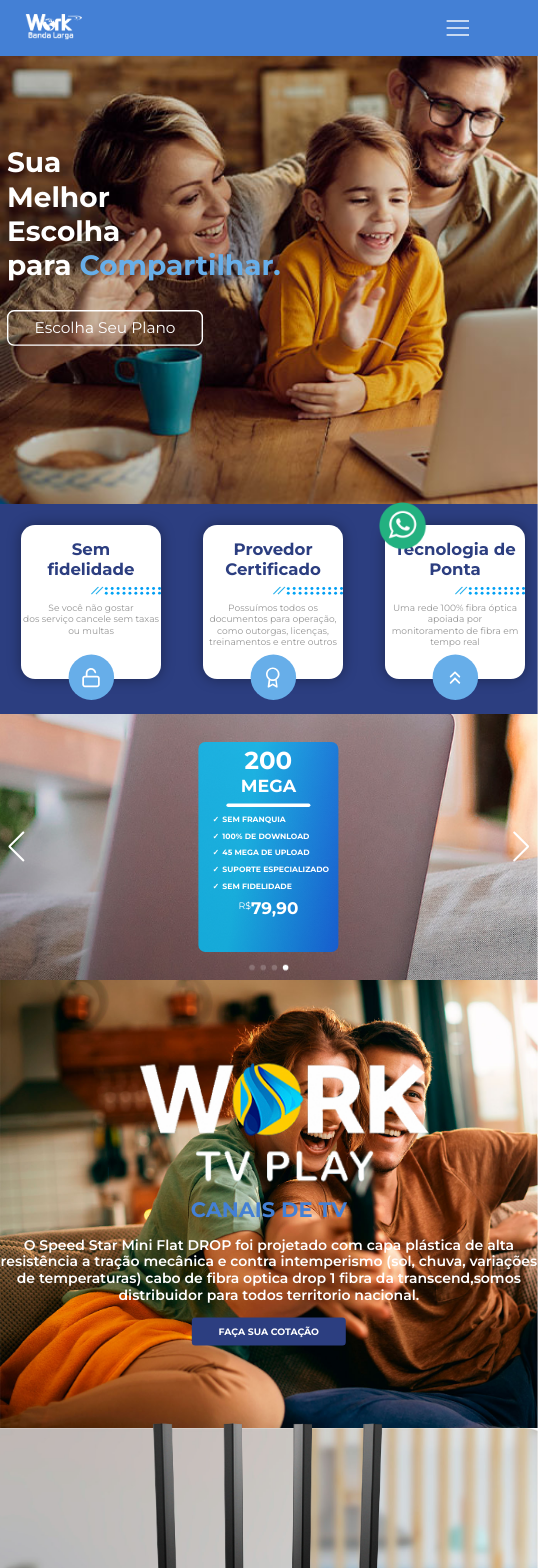
Repository: mateus-henrique-silva/WorkBandaLarga
Page: site_work/src/Pages/campos.html
These files come from the project's save history. The page is drawn as it stood at one moment and after the next save; the edit follows.
The browser window is 768 px wide. The pictures show the part of the page from y = 0 to 2240 px (the page is 4897 px tall), at 70% of full size.
Backgrounds fixed to the window are drawn as part of the page. Some web fonts or font styles are not loaded; a fallback is used.

Above is the page before, as saved 2022-09-20 14:59:21.

After the next save:
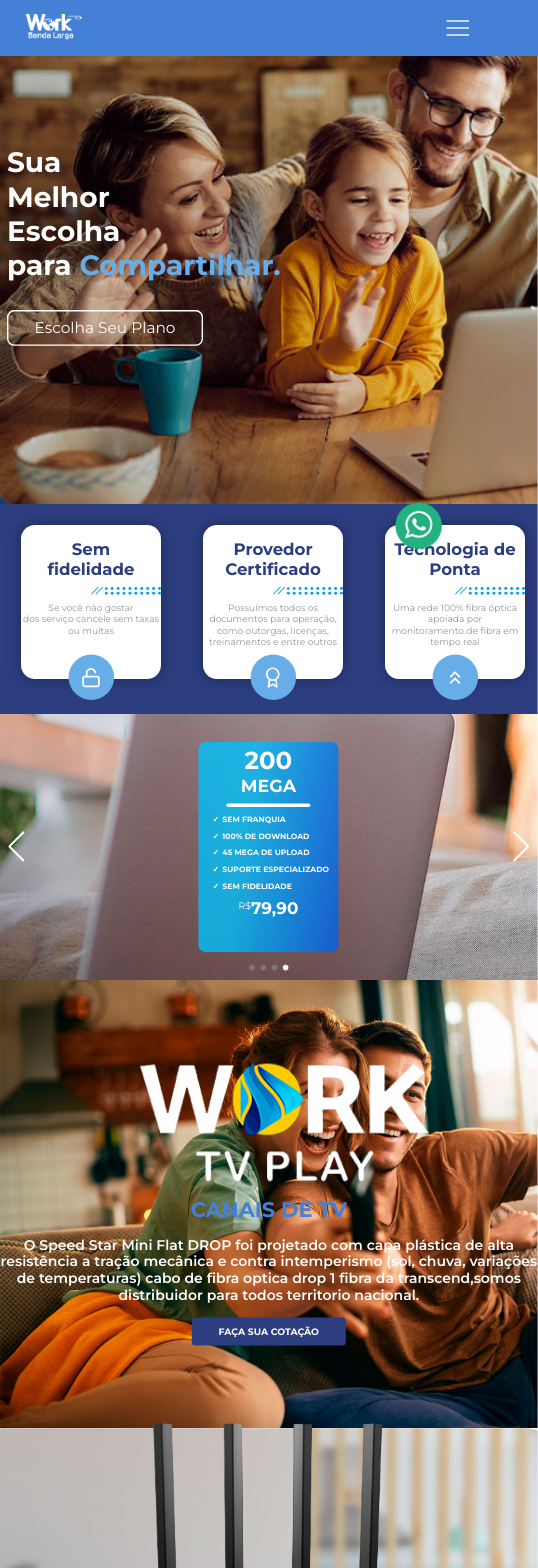
Saved 16 s later.
--- a/site_work/src/CSS/WhatsButton/Style.css
+++ b/site_work/src/CSS/WhatsButton/Style.css
@@ -22,7 +22,7 @@
 
     /* margin-top: -100px!important; */
 
-    margin-left: 69%;
+    margin-left: 72%;
   }
 }
 
